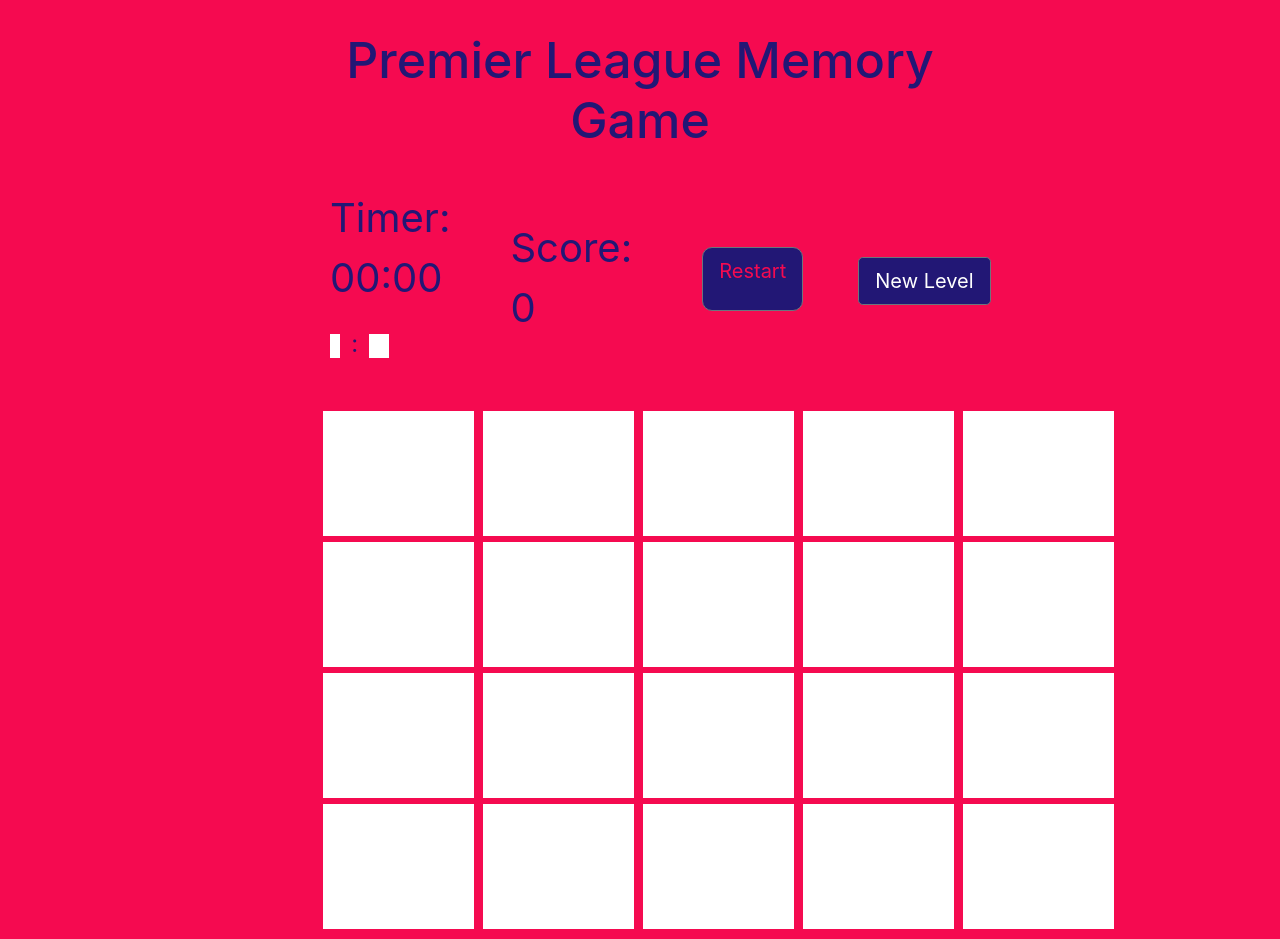
Repository: IchaTreasure/Premier-League-Memory-Game-
Page: index1.html
The author's editor kept a record of every edit. The page is drawn from the files as they stood at one moment, then again after the next edit.
The browser window is 1280 px wide. The pictures show the whole page.
Some web libraries are served in a nearby version.

Above is the page before.

After the next edit:
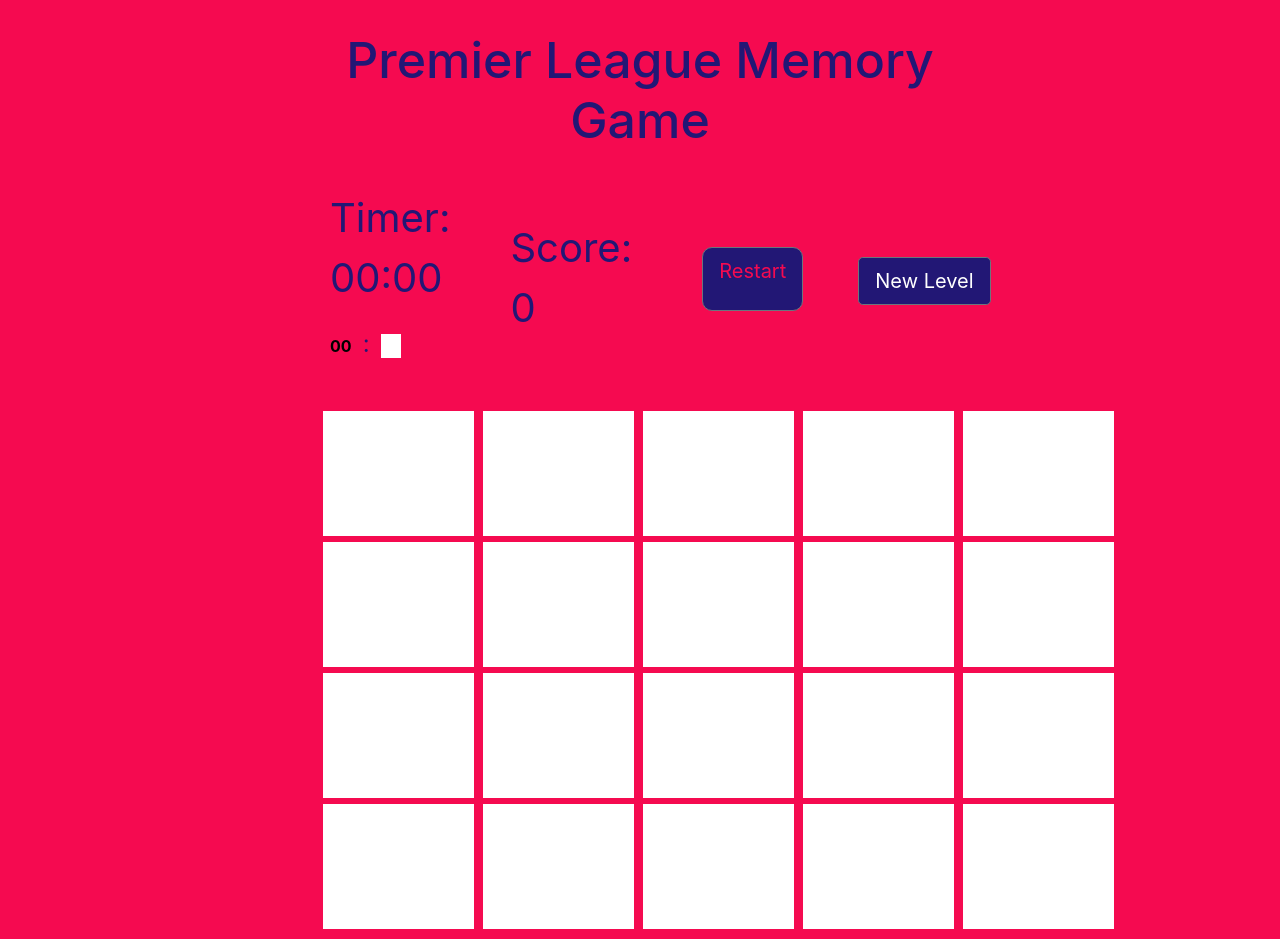
The edit:
--- a/index1.html
+++ b/index1.html
@@ -36,7 +36,7 @@
 
                         <input id="seconds" type="text" style="width: 20px; border: none; font-size: 16px; font-weight: bold; color: black;"> -->
 
-                        <input id="minutes" type="text" style="width: 10px; border: none; font-size: 16px; font-weight: bold; color: black;">
+                        <span id="minutes" type="text" style="width: 10px; border: none; font-size: 16px; font-weight: bold; color: black;">00</span>
 
                         <font size="5"> :</font>
 
